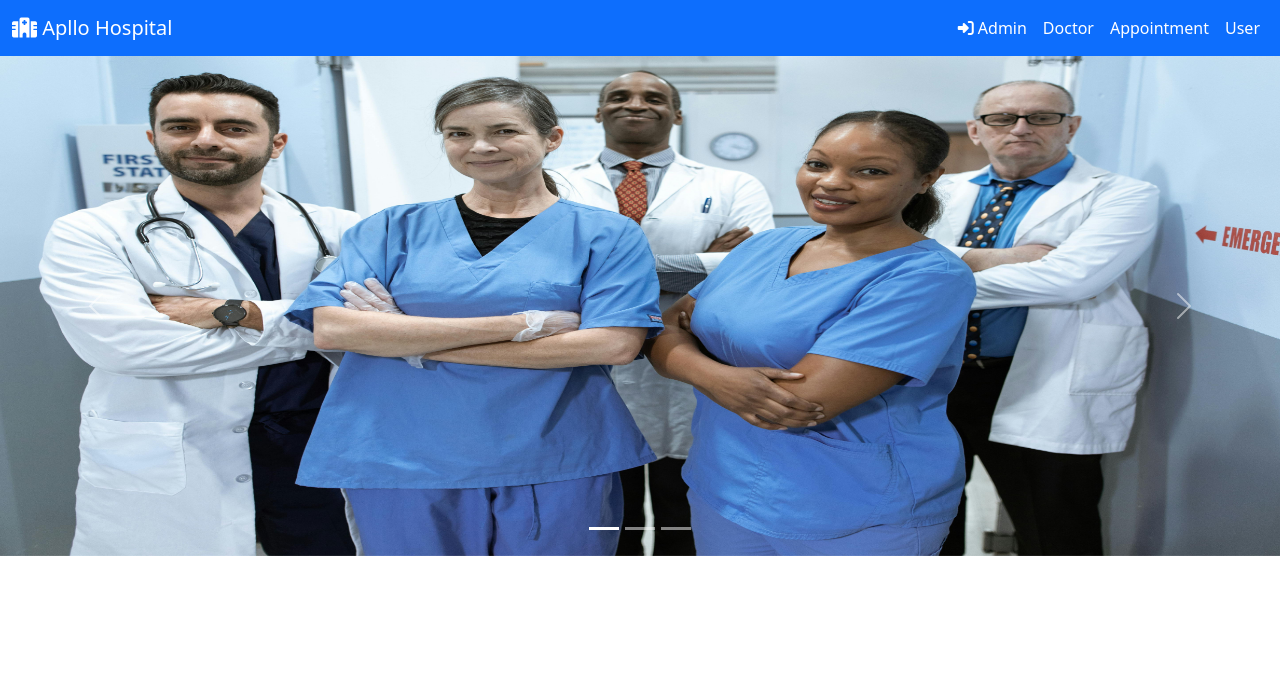
Repository: Subhadip09/Hospital-Management-System
Page: http://localhost/Hospital-Management-System/
An editor plug-in stored every save of this project. The page is shown before and after the next save, followed by the edit.
The browser window is 1280 px wide. The pictures show the whole page.
The page is served by Tomcat 9.

Above is the page before, as saved 2024-04-05 17:05:46.

After the next save:
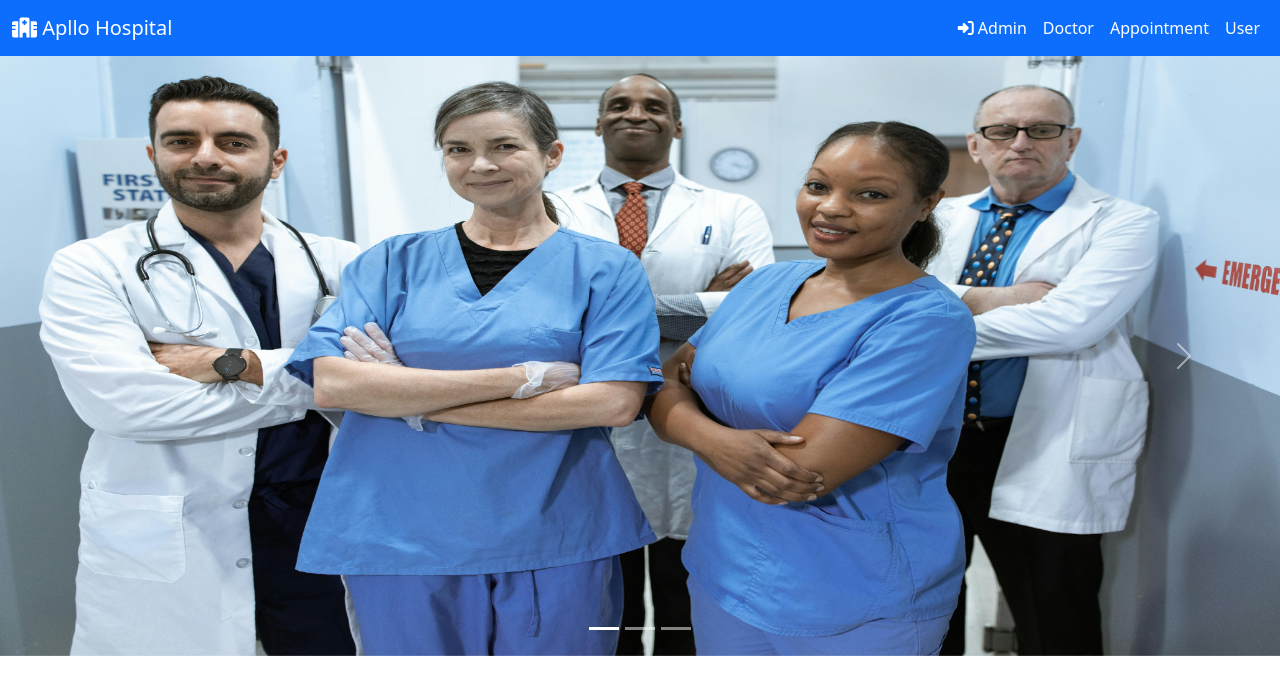
Saved 58 s later.
--- a/Hospital-Management-System/src/main/webapp/index.jsp
+++ b/Hospital-Management-System/src/main/webapp/index.jsp
@@ -21,13 +21,13 @@
 		</div>
 		<div class="carousel-inner">
 			<div class="carousel-item active">
-				<img src="img/hos1.jpg" class="d-block w-100" alt="..." height="500px">
+				<img src="img/hos1.jpg" class="d-block w-100" alt="..." height="600px">
 			</div>
 			<div class="carousel-item">
-				<img src="img/hos2.jpg" class="d-block w-100" alt="..." height="500px">
+				<img src="img/hos2.jpg" class="d-block w-100" alt="..." height="600px">
 			</div>
 			<div class="carousel-item">
-				<img src="img/hos3.jpg" class="d-block w-100" alt="..." height="500px">
+				<img src="img/hos3.jpg" class="d-block w-100" alt="..." height="600px">
 			</div>
 		</div>
 		<button class="carousel-control-prev" type="button"
